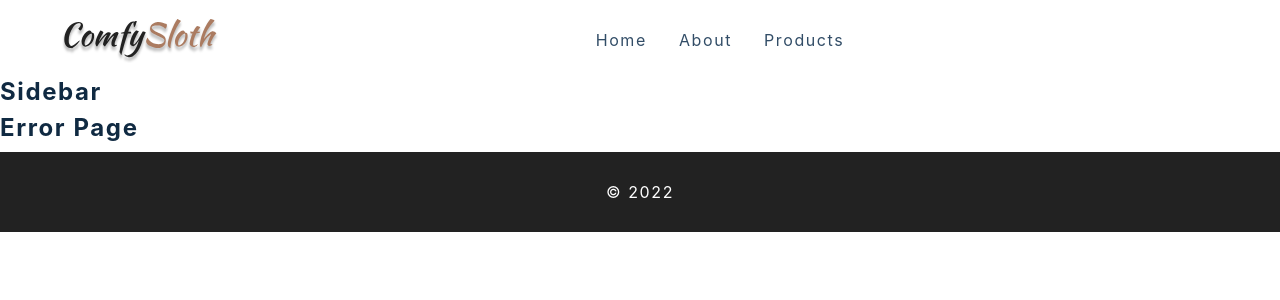
Repository: MateuszWorek/react-comfy-store
Page: /cart
The author's editor kept a copy of each file at every save. The page is drawn from the files as they stood at one save, then again after the next save.
The browser window is 1280 px wide. The pictures show the whole page.
The project was rebuilt for these pictures with package versions that can differ from the ones it lists, and the page was loaded fresh each time. A package was used in the major version that the imports need, not the one package.json lists. Also part of the build but not shown: src/actions.js, src/reducers/products_reducer.js, src/utils/constants.js, src/context/products_context.js, src/components/Error.js, src/components/Loading.js, src/utils/helpers.js, src/components/Product.js and 31 more. Imported but missing from the stored project, and not drawn on this page: src/components/AmountButtons.

Above is the page before, as saved 2022-07-11 21:58:14.

### src/App.js
import React from 'react';
import { BrowserRouter as Router, Switch, Route } from 'react-router-dom';
import { Navbar, Sidebar, Footer } from './components';
import {
  Home,
  SingleProduct,
  Cart,
  Checkout,
  Error,
  About,
  Products,
  PrivateRoute,
} from './pages';

function App() {
  return (
    <Router>
      <Navbar />
      <Sidebar />
      <Switch>
        <Route exact path='/'>
          <Home />
        </Route>
        <Route exact path='/about'>
          <About />
        </Route>
        <Route exact path='cart'>
          <Cart />
        </Route>
        <Route exact path='/products'>
          <Products />
        </Route>
        <Route exact path='/products/:id' children={<SingleProduct />} />
        <Route exact path='/checkout'>
          <Checkout />
        </Route>
        <Route exact path='*'>
          <Error />
        </Route>
      </Switch>
      <Footer />
    </Router>
  );
}

export default App;

### src/components/index.js
import FeaturedProducts from './FeaturedProducts'
import Navbar from './Navbar'
import CartButtons from './CartButtons'
import Footer from './Footer'
import Sidebar from './Sidebar'
import Hero from './Hero'
import Services from './Services'
import Contact from './Contact'
import Loading from './Loading'
import Error from './Error'
import ProductImages from './ProductImages'
import AddToCart from './AddToCart'
import Filters from './Filters'
import ProductList from './ProductList'
import Sort from './Sort'
import Stars from './Stars'
import CartContent from './CarContent'
import PageHero from './PageHero'
import StripeCheckout from './StripeCheckout'
export {
  FeaturedProducts,
  Navbar,
  CartButtons,
  Footer,
  Sidebar,
  Hero,
  Services,
  Contact,
  Loading,
  Error,
  ProductImages,
  AddToCart,
  Filters,
  ProductList,
  Sort,
  Stars,
  CartContent,
  PageHero,
  StripeCheckout,
}

### src/pages/index.js
import Home from './HomePage';
import Products from './ProductsPage';
import SingleProduct from './SingleProductPage';
import About from './AboutPage';
import Cart from './CartPage';
import Error from './ErrorPage';
import Checkout from './CheckoutPage';
import PrivateRoute from './PrivateRoute';

export {
  Home,
  Products,
  SingleProduct,
  About,
  Cart,
  Error,
  Checkout,
  PrivateRoute,
};

### src/components/Navbar.js
import React from 'react';
import styled from 'styled-components';
import logo from '../assets/logo.svg';
import { FaBars } from 'react-icons/fa';
import { Link } from 'react-router-dom';
import { links } from '../utils/constants';
import CartButtons from './CartButtons';
import { useProductsContext } from '../context/products_context';
import { useUserContext } from '../context/user_context';

const Nav = () => {
  return (
    <NavContainer>
      <div className='nav-center'>
        <div className='nav-header'>
          <Link to='/'>
            <img src={logo} alt='comfy sloth' />
          </Link>
          <button type='buttton' className='nav-toggle'>
            <FaBars />
          </button>
        </div>
        <ul className='nav-links'>
          {links.map((link) => {
            const { id, text, url } = link;
            return (
              <li key={id}>
                <Link to={url}>{text}</Link>
              </li>
            );
          })}
        </ul>
      </div>
    </NavContainer>
  );
};

const NavContainer = styled.nav`
  height: 5rem;
  display: flex;
  align-items: center;
  justify-content: center;

  .nav-center {
    width: 90vw;
    margin: 0 auto;
    max-width: var(--max-width);
  }
  .nav-header {
    display: flex;
    align-items: center;
    justify-content: space-between;
    img {
      width: 175px;
      margin-left: -15px;
    }
  }
  .nav-toggle {
    background: transparent;
    border: transparent;
    color: var(--clr-primary-5);
    cursor: pointer;
    svg {
      font-size: 2rem;
    }
  }
  .nav-links {
    display: none;
  }
  .cart-btn-wrapper {
    display: none;
  }
  @media (min-width: 992px) {
    .nav-toggle {
      display: none;
    }
    .nav-center {
      display: grid;
      grid-template-columns: auto 1fr auto;
      align-items: center;
    }
    .nav-links {
      display: flex;
      justify-content: center;
      li {
        margin: 0 0.5rem;
      }
      a {
        color: var(--clr-grey-3);
        font-size: 1rem;
        text-transform: capitalize;
        letter-spacing: var(--spacing);
        padding: 0.5rem;
        &:hover {
          border-bottom: 2px solid var(--clr-primary-7);
        }
      }
    }
    .cart-btn-wrapper {
      display: grid;
    }
  }
`;

export default Nav;

### src/components/Footer.js
import React from 'react';
import styled from 'styled-components';
const Footer = () => {
  return (
    <Wrapper>
      <h5>&copy; {new Date().getFullYear()}</h5>
    </Wrapper>
  );
};

const Wrapper = styled.footer`
  height: 5rem;
  display: flex;
  flex-direction: column;
  justify-content: center;
  align-items: center;
  background: var(--clr-black);
  text-align: center;
  span {
    color: var(--clr-primary-5);
  }
  h5 {
    color: var(--clr-white);
    margin: 0.1rem;

    font-weight: 400;
    text-transform: none;
    line-height: 1.25;
  }
  @media (min-width: 776px) {
    flex-direction: row;
  }
`;

export default Footer;

### src/components/Sidebar.js
import React from 'react'
import logo from '../assets/logo.svg'
import { Link } from 'react-router-dom'
import { useProductsContext } from '../context/products_context'
import { FaTimes } from 'react-icons/fa'
import { links } from '../utils/constants'
import styled from 'styled-components'
import CartButtons from './CartButtons'
import { useUserContext } from '../context/user_context'

const Sidebar = () => {
  return <h4>sidebar</h4>
}

const SidebarContainer = styled.div`
  text-align: center;
  .sidebar-header {
    display: flex;
    justify-content: space-between;
    align-items: center;
    padding: 1rem 1.5rem;
  }
  .close-btn {
    font-size: 2rem;
    background: transparent;
    border-color: transparent;
    color: var(--clr-primary-5);
    transition: var(--transition);
    cursor: pointer;
    color: var(--clr-red-dark);
    margin-top: 0.2rem;
  }
  .close-btn:hover {
    color: var(--clr-red-light);
  }
  .logo {
    justify-self: center;
    height: 45px;
  }
  .links {
    margin-bottom: 2rem;
  }
  .links a {
    display: block;
    text-align: left;
    font-size: 1rem;
    text-transform: capitalize;
    padding: 1rem 1.5rem;
    color: var(--clr-grey-3);
    transition: var(--transition);
    letter-spacing: var(--spacing);
  }

  .links a:hover {
    padding: 1rem 1.5rem;
    padding-left: 2rem;
    background: var(--clr-grey-10);
    color: var(--clr-grey-2);
  }

  .sidebar {
    position: fixed;
    top: 0;
    left: 0;
    width: 100%;
    height: 100%;
    background: var(--clr-white);
    transition: var(--transition);
    transform: translate(-100%);
    z-index: -1;
  }
  .show-sidebar {
    transform: translate(0);
    z-index: 999;
  }
  .cart-btn-wrapper {
    margin: 2rem auto;
  }
  @media screen and (min-width: 992px) {
    .sidebar {
      display: none;
    }
  }
`

export default Sidebar

Loaded but not shown: public/index.html (common file); src/index.js (common file); src/index.css (common file); src/pages/ErrorPage.js (common file)

After the next save:
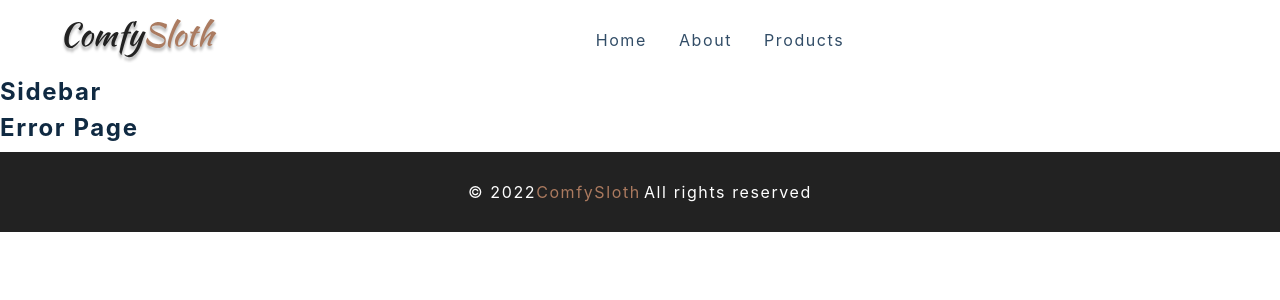
Saved 43 s later.
--- a/src/components/Footer.js
+++ b/src/components/Footer.js
@@ -3,7 +3,11 @@ import styled from 'styled-components';
 const Footer = () => {
   return (
     <Wrapper>
-      <h5>&copy; {new Date().getFullYear()}</h5>
+      <h5>
+        &copy; {new Date().getFullYear()}
+        <span>ComfySloth</span>
+      </h5>
+      <h5>All rights reserved</h5>
     </Wrapper>
   );
 };
